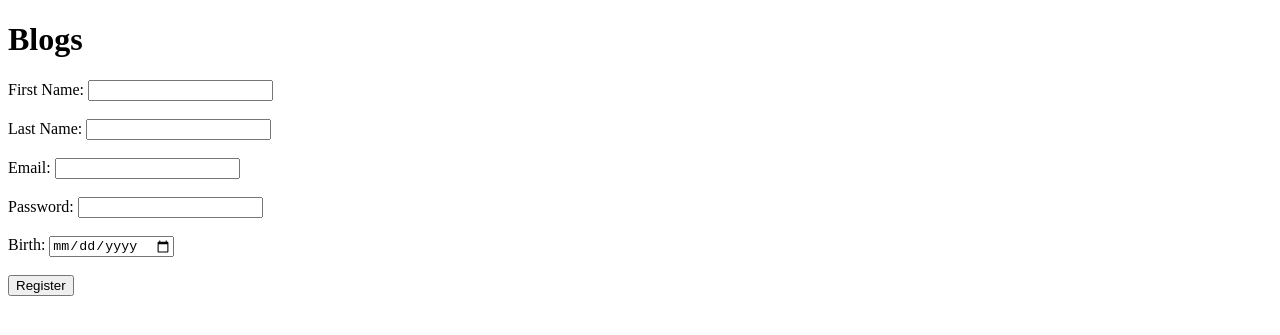
Repository: bhageshchincholi/AdvanceJava
Page: http://localhost/Blog/newuser.jsp
These files come from the project's save history. The page is drawn as it stood at one moment and after the next save; the edit follows.
The browser window is 1280 px wide. The pictures show the whole page.
The page is served by Tomcat 9. Other server files are loaded and not shown.

Above is the page before, as saved 2024-06-12 11:01:50.

### Blog/Blog/src/main/webapp/newuser.jsp
<%@ page language="java" contentType="text/html; charset=ISO-8859-1"
    pageEncoding="ISO-8859-1"%>
<!DOCTYPE html>
<html>
<head>
<meta charset="ISO-8859-1">
<title>New User</title>
</head>
<body>
	<h1> ${initParam.appTitle} </h1>

		<form method="post" action="register.jsp">
			First Name: <input type="text" name="fullName"/> <br/><br/>
		 	Last Name: <input type="text" name="lastName"/> <br/><br/>
		 	Email: <input type="text" name="email"/> <br/><br/>
		 	Password: <input type="password" name="password"/> <br/><br/>
		 	Birth: <input type="date" name="date"/> <br/><br/>
		 <input type="submit" Value="Register"/>
		</form>
</body>
</html>

After the next save:
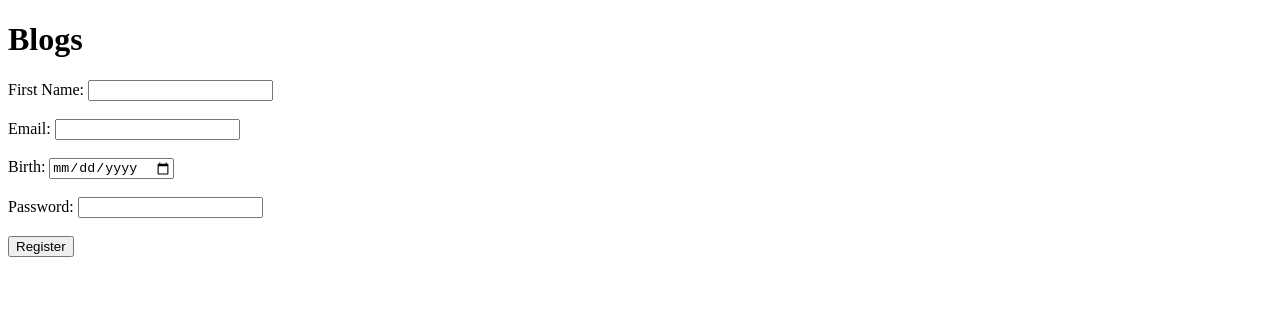
Saved 94 s later.
--- a/Blog/Blog/src/main/webapp/newuser.jsp
+++ b/Blog/Blog/src/main/webapp/newuser.jsp
@@ -11,10 +11,9 @@
 
 		<form method="post" action="register.jsp">
 			First Name: <input type="text" name="fullName"/> <br/><br/>
-		 	Last Name: <input type="text" name="lastName"/> <br/><br/>
 		 	Email: <input type="text" name="email"/> <br/><br/>
+		 	Birth: <input type="date" name="date"/> <br/><br/>
 		 	Password: <input type="password" name="password"/> <br/><br/>
-		 	Birth: <input type="date" name="date"/> <br/><br/>
 		 <input type="submit" Value="Register"/>
 		</form>
 </body>
